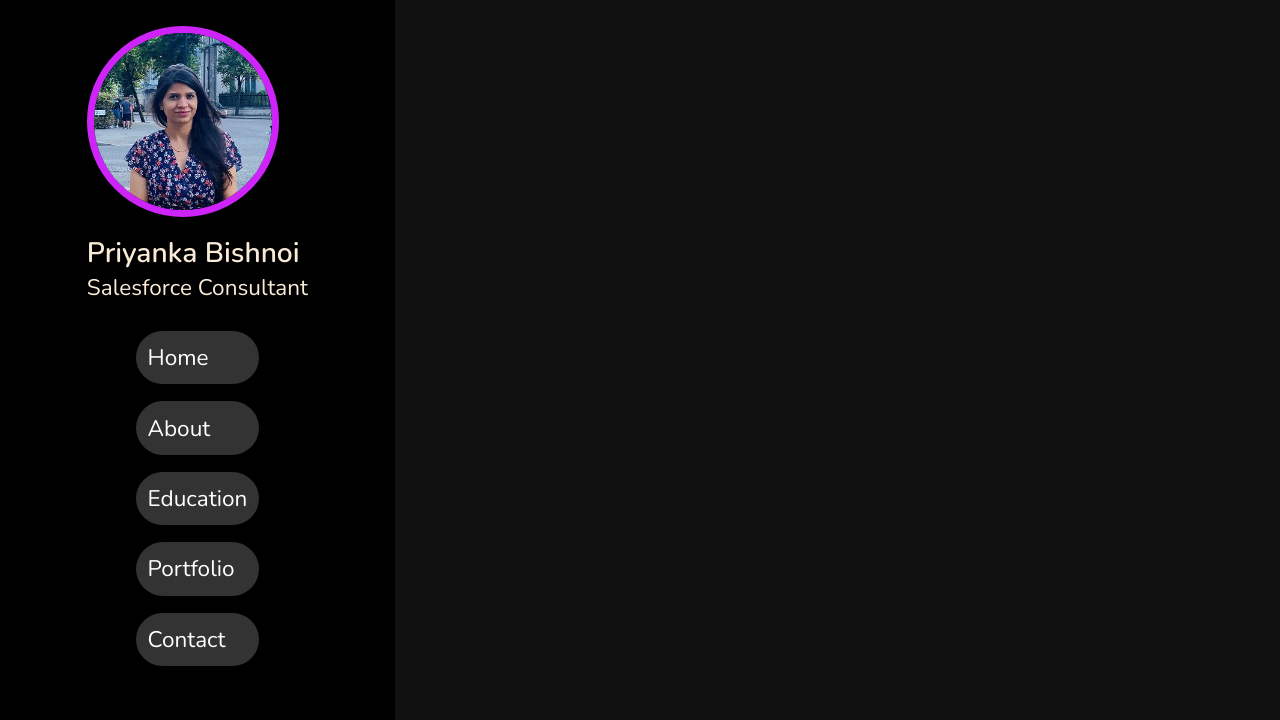
Repository: priyanka-bishnoi/PortfolioPage
Page: MyPage.html
These files come from the project's save history. The page is drawn as it stood at one moment and after the next save; the edit follows.
The browser window is 1280 px wide. The pictures show the whole page.

Above is the page before, as saved 2022-10-08 16:09:21.

After the next save:
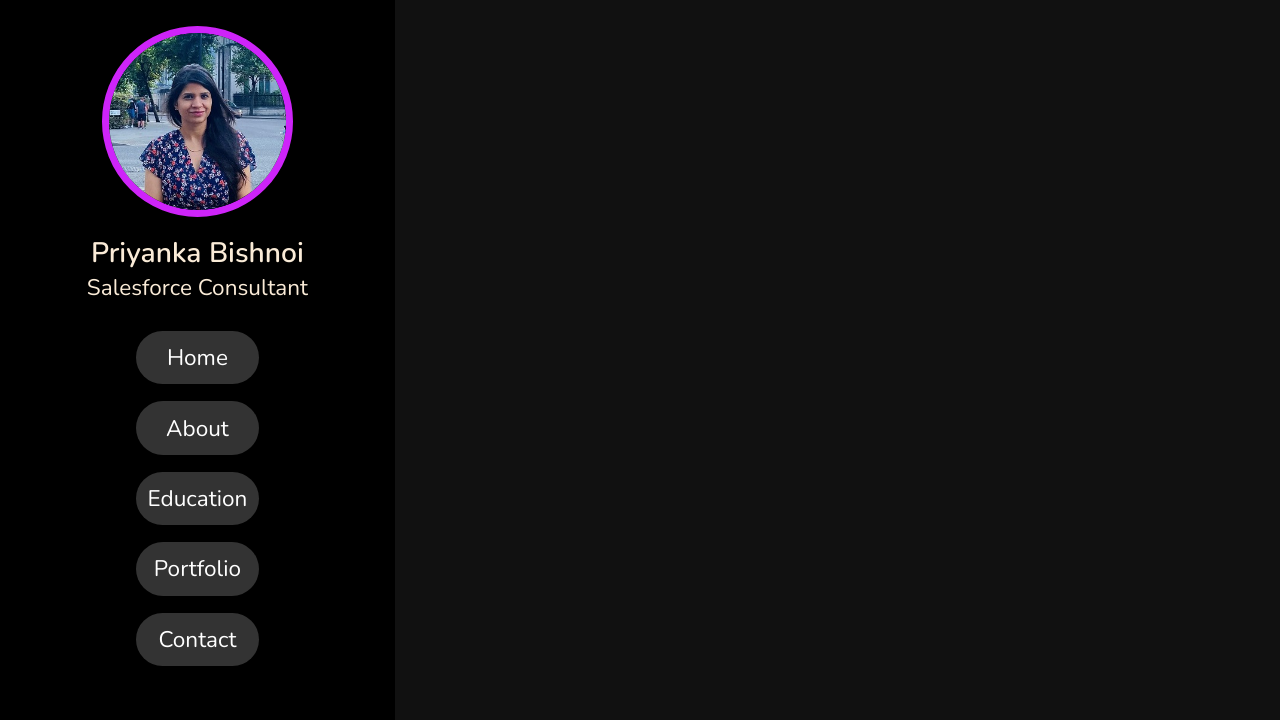
Saved 66 s later.
--- a/css/style.css
+++ b/css/style.css
@@ -27,10 +27,10 @@ header {
     width:35rem;
     background:black;
     display:flex;
-    flex-direction: column;
-    flex-wrap: wrap;
-    align-items:center;
+    align-items: center;
     justify-content: center;
+    flex-flow: column;
+    text-align: center;
 }
 body{
     background: #111;
